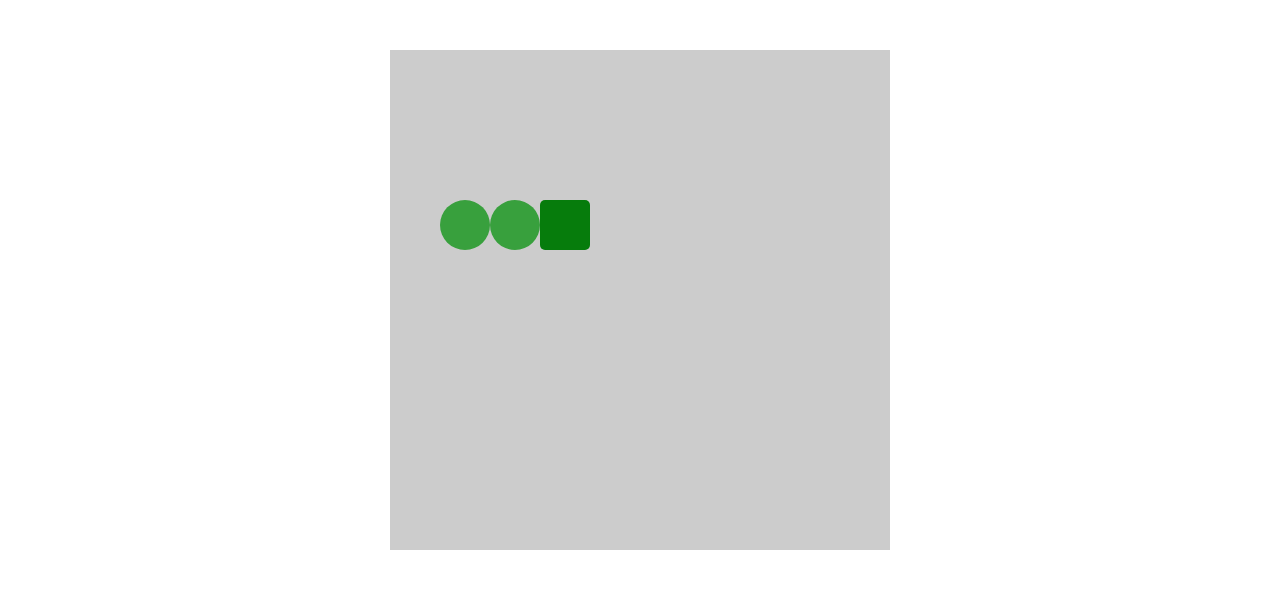
Repository: elvinyeka/SnakeGame
Page: index.html
The author's editor kept a copy of each file at every save. The page is drawn from the files as they stood at one save, then again after the next save.
The browser window is 1280 px wide. The pictures show the whole page.

Above is the page before, as saved 2020-11-07 23:22:12.

### index.html
<!DOCTYPE html>
<html lang="en">
<head>
    <meta charset="UTF-8">
    <meta name="viewport" content="width=device-width, initial-scale=1.0">
    <link rel="stylesheet" href="css/style.css">
    <title>Snake Game</title>
</head>
<body>
    <script src="js/snake.js"></script>
</body>
</html>

### css/style.css
* {
    box-sizing: border-box;
}

body {
    margin: 50px;
}

.ground {
    width: 500px;
    height: 500px;
    margin: 0 auto;
    display: flex;
    flex-wrap: wrap;
    background-color: #cccccc;
}

.box{
    width:50px;
    height: 50px;
    padding:5px;
}

.snakeBody {
    background-color: #38a03d;
    background-size: cover;
    border-radius: 50%;
}

.snakeHead {
    background-color: #067c0c;
    background-size: cover;
    border-radius: 10%;
}

.food {

}

### js/snake.js
var ground = document.createElement('div');
document.body.appendChild(ground);
ground.classList.add('ground');


for(var i=0; i < 101; i++) {
    var box = document.createElement('div');
    ground.appendChild(box);
    box.classList.add('box');

}

var box = document.getElementsByClassName('box');
var x = 1,
    y = 10;

for(var i=0; i< box.length; i++) {
    if(x>10) {
        x = 1;
        y--;
    }
    box[i].setAttribute('posX', x);
    box[i].setAttribute('posY', y);
    x++;
}


function generateSnake() {
    var posX = Math.round(Math.random() * (10 - 3) + 3);
    var posY = Math.round(Math.random() * (10 - 1) + 1);
    return [posX, posY];
}

var coordinates = generateSnake();
var snakeBody  = [document.querySelector('[posX = "' + coordinates[0] + '"][posY = "' + coordinates[1] + '"]'),
document.querySelector('[posX = "' + (coordinates[0] - 1) + '"][posY = "' + coordinates[1] + '"]'),
document.querySelector('[posX = "' + (coordinates[0] - 2) + '"][posY = "' + coordinates[1] + '"]')];

for(var i = 0; i < snakeBody.length; i++) {
    snakeBody[i].classList.add('snakeBody');
}

snakeBody[0].classList.add('snakeHead');

var food;

function createFood() {
    function generateFood() {
        var posX = Math.round(Math.random() * (10 - 3) + 3);
        var posY = Math.round(Math.random() * (10 - 1) + 1);
        return [posX, posY];
    }

    var foodCoordinates = generateFood();
    console.log(foodCoordinates);
    food = document.querySelector('[posX = "' + foodCoordinates[0] + '"][posY = "' + foodCoordinates[1] + '"]');
    food.classList.add('food');
}

createFood();

After the next save:
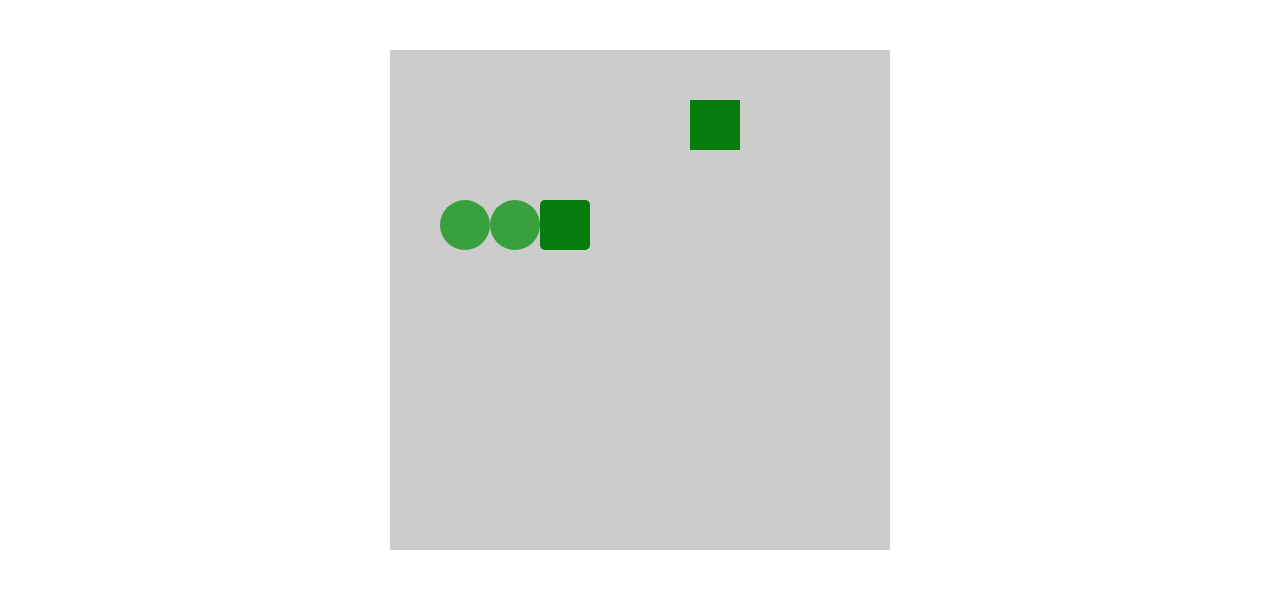
Saved 15 s later.
--- a/css/style.css
+++ b/css/style.css
@@ -34,5 +34,7 @@ body {
 }
 
 .food {
+    background-color: #067c0c;
+    background-size: cover;
 
 }
